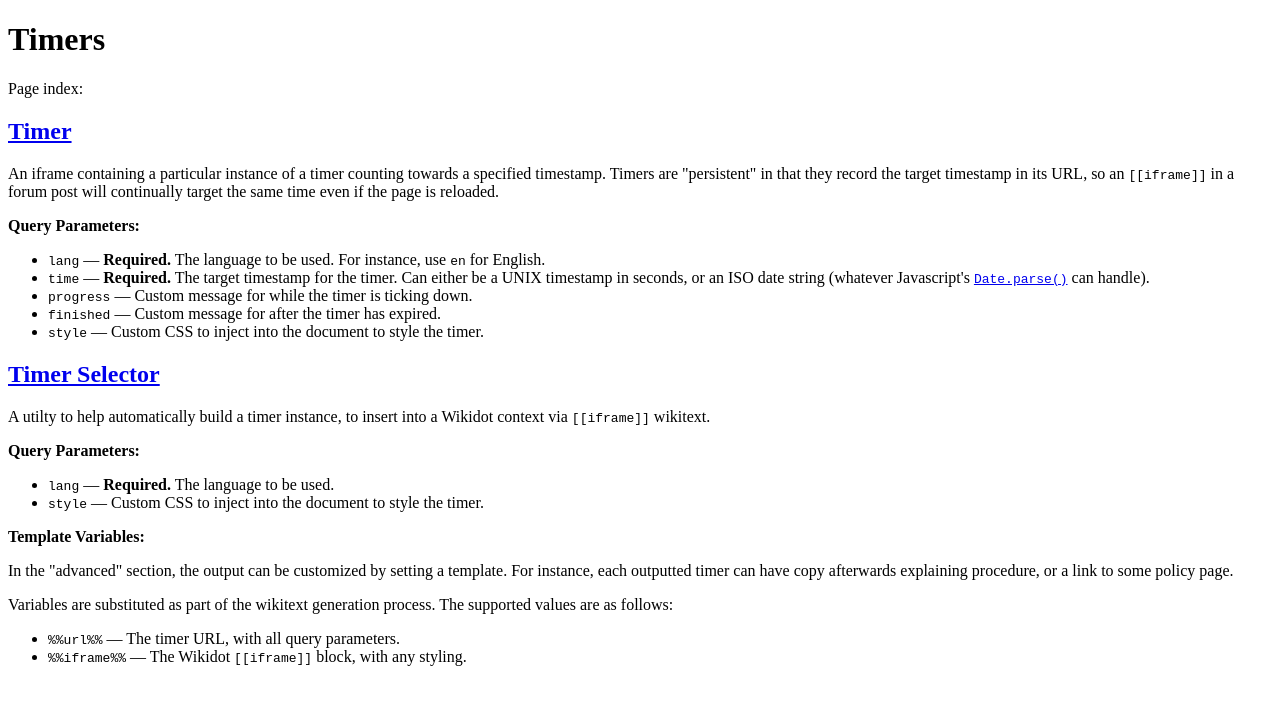
Repository: cirisus/ArknighTimer
Page: index.html
These files come from the project's save history. The page is drawn as it stood at one moment and after the next save; the edit follows.
The browser window is 1280 px wide. The pictures show the whole page.

Above is the page before, as saved 2024-03-04 20:05:59.

After the next save:
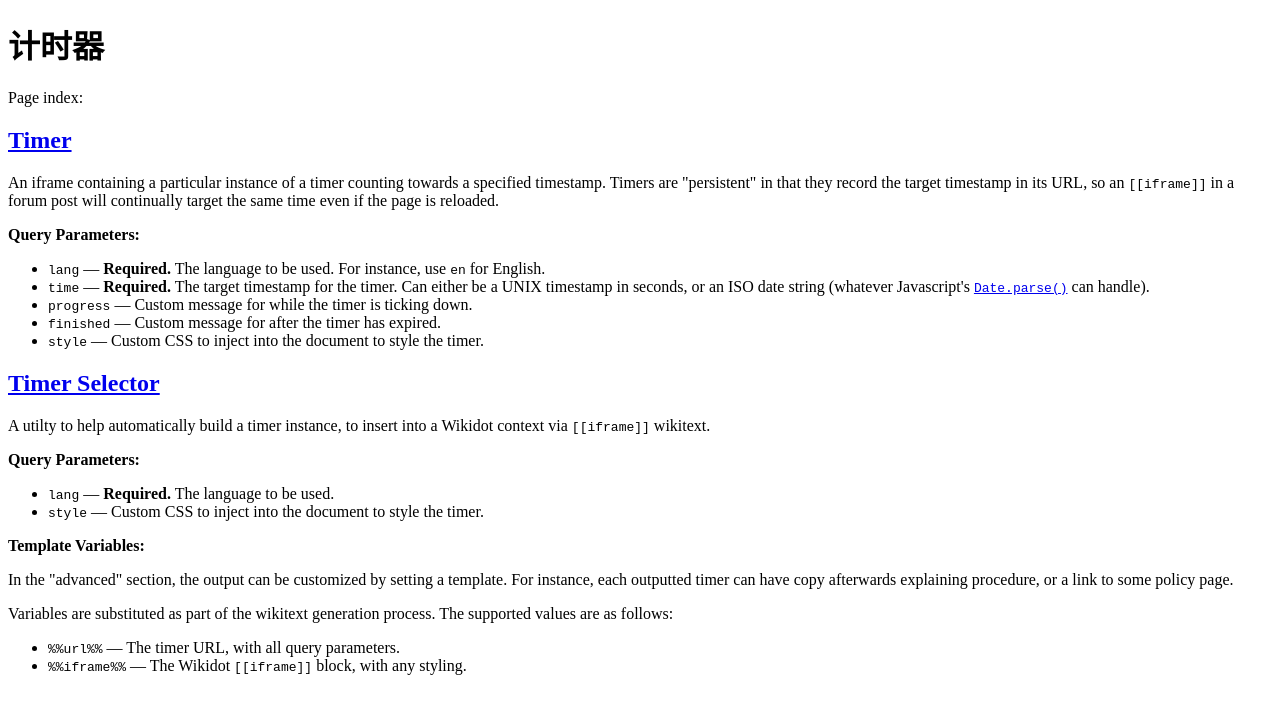
Saved 42 min 31 s later.
--- a/index.html
+++ b/index.html
@@ -1,13 +1,13 @@
 <!DOCTYPE html>
 <html>
   <head>
-    <title>SCP Wiki Timers</title>
+    <title>明日方舟同人中文站 - 计时器</title>
 
     <meta charset="UTF-8">
   </head>
 
   <body>
-    <h1>Timers</h1>
+    <h1>计时器</h1>
 
     <p>
       Page index:
